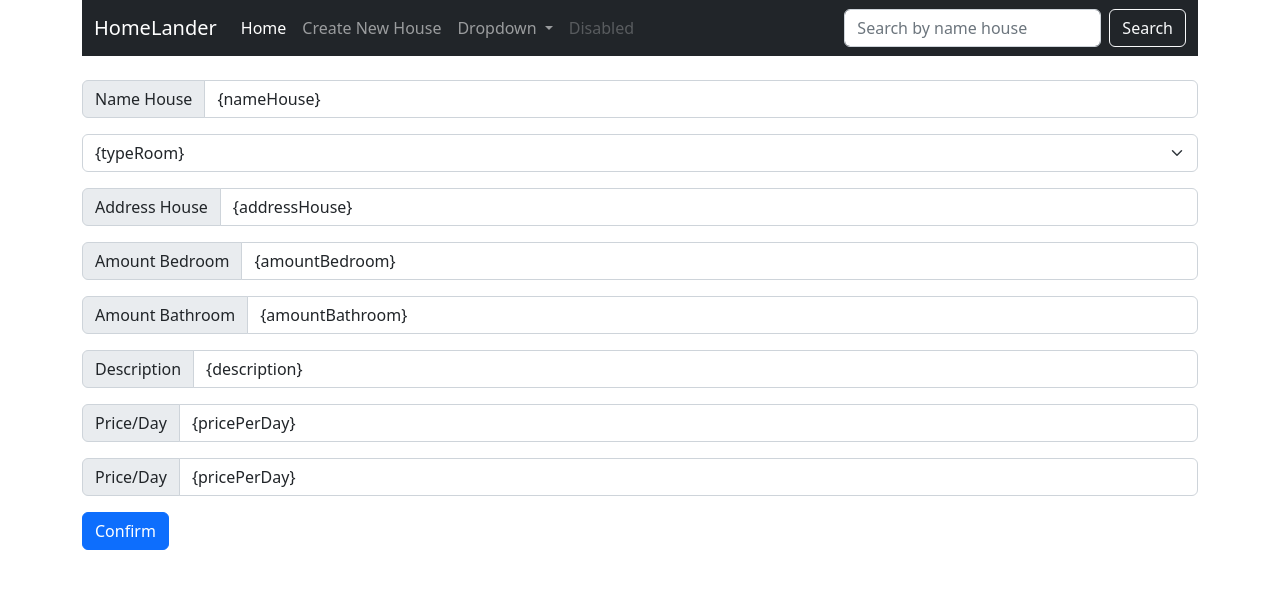
Repository: nguyenhung50497/MD3_caseStudy
Page: src/views/editHouse.html
These files come from the project's save history. The page is drawn as it stood at one moment and after the next save; the edit follows.
The browser window is 1280 px wide. The pictures show the whole page.

Above is the page before, as saved 2023-01-03 10:56:59.

### src/views/editHouse.html
<!doctype html>
<html lang="en">
  <head>
    <meta charset="utf-8">
    <meta name="viewport" content="width=device-width, initial-scale=1">
    <title>Home</title>
    <link href="https://cdn.jsdelivr.net/npm/bootstrap@5.2.3/dist/css/bootstrap.min.css" rel="stylesheet" integrity="sha384-rbsA2VBKQhggwzxH7pPCaAqO46MgnOM80zW1RWuH61DGLwZJEdK2Kadq2F9CUG65" crossorigin="anonymous">
  </head>
  <body>
    <div class="container" style="width: 90%;">
      <nav class="navbar navbar-dark bg-dark navbar-expand-lg">
        <div class="container-fluid">
          <a class="navbar-brand" href="/home">HomeLander</a>
          <button class="navbar-toggler" type="button" data-bs-toggle="collapse" data-bs-target="#navbarSupportedContent" aria-controls="navbarSupportedContent" aria-expanded="false" aria-label="Toggle navigation">
            <span class="navbar-toggler-icon"></span>
          </button>
          <div class="collapse navbar-collapse" id="navbarSupportedContent">
            <ul class="navbar-nav me-auto mb-2 mb-lg-0">
              <li class="nav-item">
                <a class="nav-link active" aria-current="page" href="/home">Home</a>
              </li>
              <li class="nav-item">
                <a class="nav-link" href="/house/create">Create New House</a>
              </li>
              <li class="nav-item dropdown">
                <a class="nav-link dropdown-toggle" href="#" role="button" data-bs-toggle="dropdown" aria-expanded="false">
                  Dropdown
                </a>
                <ul class="dropdown-menu">
                  <li><a class="dropdown-item" href="#">Action</a></li>
                  <li><a class="dropdown-item" href="#">Another action</a></li>
                  <li><hr class="dropdown-divider"></li>
                  <li><a class="dropdown-item" href="#">Something else here</a></li>
                </ul>
              </li>
              <li class="nav-item">
                <a class="nav-link disabled">Disabled</a>
              </li>
            </ul>
            <form class="d-flex" role="search" method="post">
              <input class="form-control me-2" name="search" type="search" placeholder="Search by name house" aria-label="Search">
              <button class="btn btn-outline-light" type="submit">Search</button>
            </form>
          </div>
        </div>
      </nav>
      <br>
      <form action="" method="post">
        <div class="input-group mb-3">
          <span class="input-group-text" id="inputGroup-sizing-default">Name House</span>
          <input type="text" name="nameHouse" value="{nameHouse}" class="form-control" aria-label="Sizing example input" aria-describedby="inputGroup-sizing-default">
        </div>
        <div class="input-group mb-3">
          <select class="form-select" name="typeRoom" aria-label="Default select example">
            <option selected>{typeRoom}</option>
            <option value="Phòng đơn">Phòng đơn</option>
            <option value="Phòng đôi">Phòng đôi</option>
            <option value="Phòng VIP">Phòng VIP</option>
            <option value="Phòng Luxury">Phòng Luxury</option>
            <option value="Phòng Tổng Thống">Phòng Tổng Thống</option>
          </select>
        </div>
        <div class="input-group mb-3">
            <span class="input-group-text" id="inputGroup-sizing-default">Address House</span>
            <input type="text" name="addressHouse" value="{addressHouse}" class="form-control" aria-label="Sizing example input" aria-describedby="inputGroup-sizing-default">
        </div>
        <div class="input-group mb-3">
            <span class="input-group-text" id="inputGroup-sizing-default">Amount Bedroom</span>
            <input type="text" name="amountBedroom" value="{amountBedroom}" class="form-control" aria-label="Sizing example input" aria-describedby="inputGroup-sizing-default">
        </div>
        <div class="input-group mb-3">
            <span class="input-group-text" id="inputGroup-sizing-default">Amount Bathroom</span>
            <input type="text" name="amountBathroom" value="{amountBathroom}" class="form-control" aria-label="Sizing example input" aria-describedby="inputGroup-sizing-default">
        </div>
        <div class="input-group mb-3">
            <span class="input-group-text" id="inputGroup-sizing-default">Description</span>
            <input type="text" name="description" value="{description}" class="form-control" aria-label="Sizing example input" aria-describedby="inputGroup-sizing-default">
          </div>
        <div class="input-group mb-3">
          <span class="input-group-text" id="inputGroup-sizing-default">Price/Day</span>
          <input type="text" name="pricePerDay" value="{pricePerDay}" class="form-control" aria-label="Sizing example input" aria-describedby="inputGroup-sizing-default">
        </div>
        <div class="input-group mb-3">
          <span class="input-group-text" id="inputGroup-sizing-default">Price/Day</span>
          <input type="text" name="pricePerDay" value="{pricePerDay}" class="form-control" aria-label="Sizing example input" aria-describedby="inputGroup-sizing-default">
        </div>
        <button type="button" class="btn btn-primary" data-bs-toggle="modal" data-bs-target="#updateImage">Confirm</button>
        <div class="modal fade" id="updateImage" data-bs-backdrop="static" data-bs-keyboard="false" tabindex="-1" aria-labelledby="staticBackdropLabel" aria-hidden="true">
          <div class="modal-dialog">
            <div class="modal-content">
              <div class="modal-header">
                <h1 class="modal-title fs-5" id="staticBackdropLabel">Update Image</h1>
                <button type="button" class="btn-close" data-bs-dismiss="modal" aria-label="Close"></button>
              </div>
              <div class="modal-body">
                Do you want to update the image?
              </div>
              <div class="modal-footer">
                <button type="submit" class="btn btn-secondary" data-bs-dismiss="modal">No</button>
                <a href="/house/upload/{id}"><button type="button" class="btn btn-primary">Yes</button></a>
              </div>
            </div>
          </div>
        </div>
      </form>
    </div>
    <script src="https://cdn.jsdelivr.net/npm/bootstrap@5.2.3/dist/js/bootstrap.bundle.min.js" integrity="sha384-kenU1KFdBIe4zVF0s0G1M5b4hcpxyD9F7jL+jjXkk+Q2h455rYXK/7HAuoJl+0I4" crossorigin="anonymous"></script>
  </body>
</html>

After the next save:
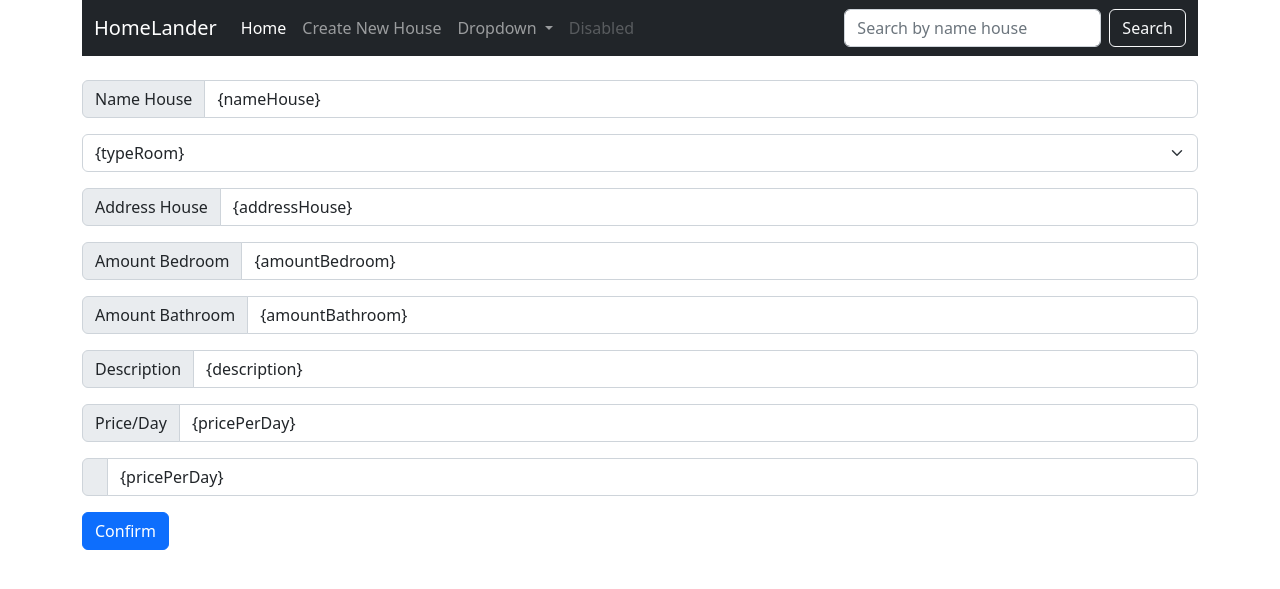
Saved 5 s later.
--- a/src/views/editHouse.html
+++ b/src/views/editHouse.html
@@ -81,7 +81,7 @@
           <input type="text" name="pricePerDay" value="{pricePerDay}" class="form-control" aria-label="Sizing example input" aria-describedby="inputGroup-sizing-default">
         </div>
         <div class="input-group mb-3">
-          <span class="input-group-text" id="inputGroup-sizing-default">Price/Day</span>
+          <span class="input-group-text" id="inputGroup-sizing-default"></span>
           <input type="text" name="pricePerDay" value="{pricePerDay}" class="form-control" aria-label="Sizing example input" aria-describedby="inputGroup-sizing-default">
         </div>
         <button type="button" class="btn btn-primary" data-bs-toggle="modal" data-bs-target="#updateImage">Confirm</button>
